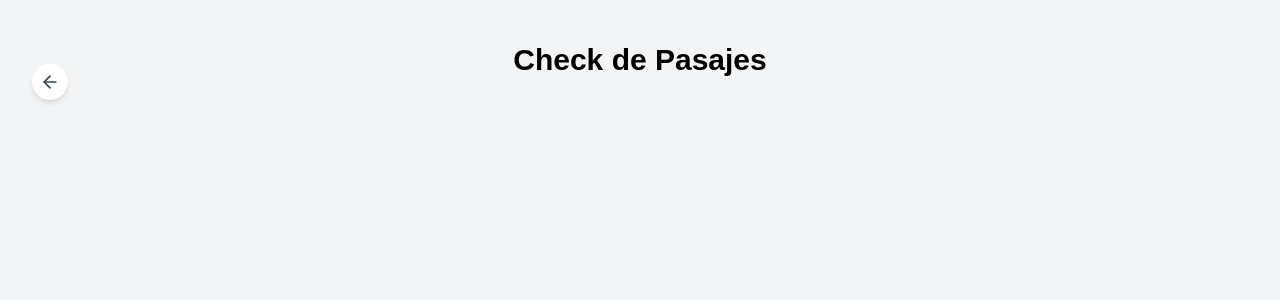
Repository: francoluca35/appcolectivos
Page: /checkpass
These files come from the project's save history. The page is drawn as it stood at one moment and after the next save; the edit follows.
The browser window is 1280 px wide. The pictures show the whole page.
The page's requests for data from a server got no answer. The project was rebuilt for these pictures with package versions that can differ from the ones it lists, and the page was loaded fresh each time. The framework's server and built-in components were replaced by stand-ins that run in the browser. No one was signed in, and anything a server would have sent is missing. Also part of the build but not shown: next.config.mjs.

Above is the page before, as saved 2025-03-28 15:11:32.

### src/app/checkpass/page.js
'use client';
import React, { Suspense } from 'react';
import PasajerosLista from './PasajerosLista';
import BackArrow from '../components/backArrow';

export default function CheckPass() {
  return (
    <div className="min-h-screen bg-gray-100 py-10 px-4">
    <div className="relative flex items-center justify-center mb-8 h-10">
  {/* Flecha alineada a la izquierda y centrada verticalmente */}
  <div className="absolute left-0 top-1/2 -translate-y-1/2">
    <button
      className="transition transform hover:scale-110 active:scale-95 hover:-translate-x-1"
      title="Volver"
    >
      <BackArrow />
    </button>
  </div>

  {/* Título centrado */}
  <h1 className="text-3xl font-bold text-black text-center leading-none">
    Check de Pasajes
  </h1>
</div>

      <Suspense fallback={<p className="text-center text-gray-500">Cargando lista de pasajeros...</p>}>
        <PasajerosLista />
      </Suspense>
    </div>
  );
}

### src/app/checkpass/PasajerosLista.jsx
// components/PasajerosLista.jsx
'use client';
import React, { useState } from 'react';
import useCheckPass from '@/hooks/useCheckPass';

export default function PasajerosLista() {
  const { pasajeros, loading } = useCheckPass();
  const [selected, setSelected] = useState(null);

  if (loading) return <p className="text-center text-gray-500 mt-10">Cargando pasajeros...</p>;

  // Agrupar pasajeros por destino
  const agrupados = pasajeros.reduce((acc, pasajero) => {
    const destino = pasajero.destino || "Sin destino";
    if (!acc[destino]) acc[destino] = [];
    acc[destino].push(pasajero);
    return acc;
  }, {});

  return (
    <>
      {Object.entries(agrupados).map(([destino, grupo]) => (
        <div key={destino} className="mb-10">
          <h2 className="text-xl font-bold mb-4 text-blue-700">{destino}</h2>
          <ul className="bg-white rounded-lg shadow divide-y divide-gray-200">
            {grupo.map((p) => (
              <li
                key={p.id}
                onClick={() => setSelected(p)}
                className="px-4 py-3 hover:bg-blue-50 cursor-pointer flex justify-between text-black"
              >
                <span><strong>{p.nombreCompleto}</strong>, {new Date(p.fechaViaje).toLocaleDateString("es-AR")}</span>
                <span>DNI: {p.dni}</span>
              </li>
            ))}
          </ul>
        </div>
      ))}

      {/* Modal */}
      {selected && (
        <div className="fixed inset-0 bg-black/40 backdrop-blur-sm z-50 flex items-center justify-center px-4">
          <div className="bg-white rounded-lg p-6 w-full max-w-md shadow-lg animate-fadeIn">
            <h3 className="text-xl font-bold mb-4 text-center text-gray-800">Detalles del Pasajero</h3>
            <div className="space-y-2 text-gray-700 text-sm">
              {Object.entries(selected).map(([key, value]) => (
                <p key={key}><strong>{key}:</strong> {String(value)}</p>
              ))}
            </div>
            <div className="text-center mt-6">
              <button
                onClick={() => setSelected(null)}
                className="bg-blue-600 text-white px-4 py-2 rounded hover:bg-blue-700 transition"
              >
                Cerrar
              </button>
            </div>
          </div>
        </div>
      )}
    </>
  );
}

### src/app/components/backArrow.js
"use client";

import { useRouter } from "next/navigation";
import { ArrowLeft } from "lucide-react"; // O podés usar un ícono de FontAwesome si preferís

export default function BackArrow() {
  const router = useRouter();

  return (
    <button
      onClick={() => router.push("/homeadmin")}
      className="fixed top-4 left-4 z-50 bg-white rounded-full p-2 shadow-md hover:bg-gray-100 transition"
      aria-label="Volver al inicio"
    >
      <ArrowLeft className="h-5 w-5 text-gray-700" />
    </button>
  );
}

### src/hooks/useCheckPass.js

import { useEffect, useState } from "react";
import axios from "axios";

const useCheckPass = () => {
  const [pasajeros, setPasajeros] = useState([]);
  const [loading, setLoading] = useState(true);

  const fetchPasajeros = async () => {
    try {
      const res = await axios.get("/api/check-pass");
      setPasajeros(res.data);
    } catch (err) {
      console.error("Error al obtener pasajeros", err);
    } finally {
      setLoading(false);
    }
  };

  useEffect(() => {
    fetchPasajeros();
  }, []);

  return { pasajeros, loading };
};

export default useCheckPass;

Loaded but not shown: src/app/layout.js (common file); src/app/globals.css (common file)

After the next save:
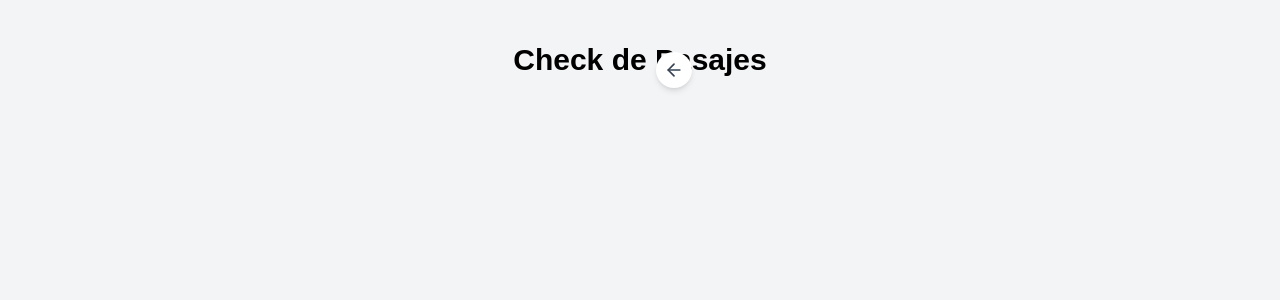
Saved 9 s later.
--- a/src/app/checkpass/page.js
+++ b/src/app/checkpass/page.js
@@ -8,7 +8,7 @@
     <div className="min-h-screen bg-gray-100 py-10 px-4">
     <div className="relative flex items-center justify-center mb-8 h-10">
   {/* Flecha alineada a la izquierda y centrada verticalmente */}
-  <div className="absolute left-0 top-1/2 -translate-y-1/2">
+  <div className="absolute  -translate-y-1/2">
     <button
       className="transition transform hover:scale-110 active:scale-95 hover:-translate-x-1"
       title="Volver"

After the 2 saves that followed:
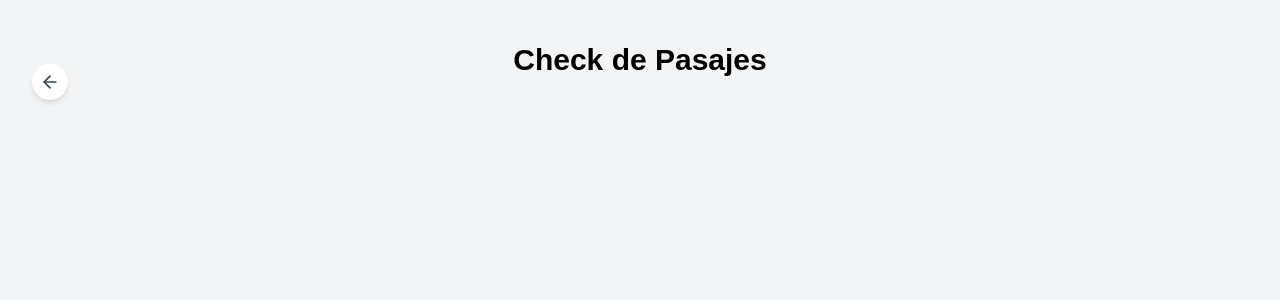
The 2 saves are shown as one change because they came seconds apart.
The last was saved 7 s later.
--- a/src/app/checkpass/page.js
+++ b/src/app/checkpass/page.js
@@ -8,7 +8,7 @@
     <div className="min-h-screen bg-gray-100 py-10 px-4">
     <div className="relative flex items-center justify-center mb-8 h-10">
   {/* Flecha alineada a la izquierda y centrada verticalmente */}
-  <div className="absolute  -translate-y-1/2">
+  <div className="absolute left-0 top-1/2 -translate-y-1/2">
     <button
       className="transition transform hover:scale-110 active:scale-95 hover:-translate-x-1"
       title="Volver"
